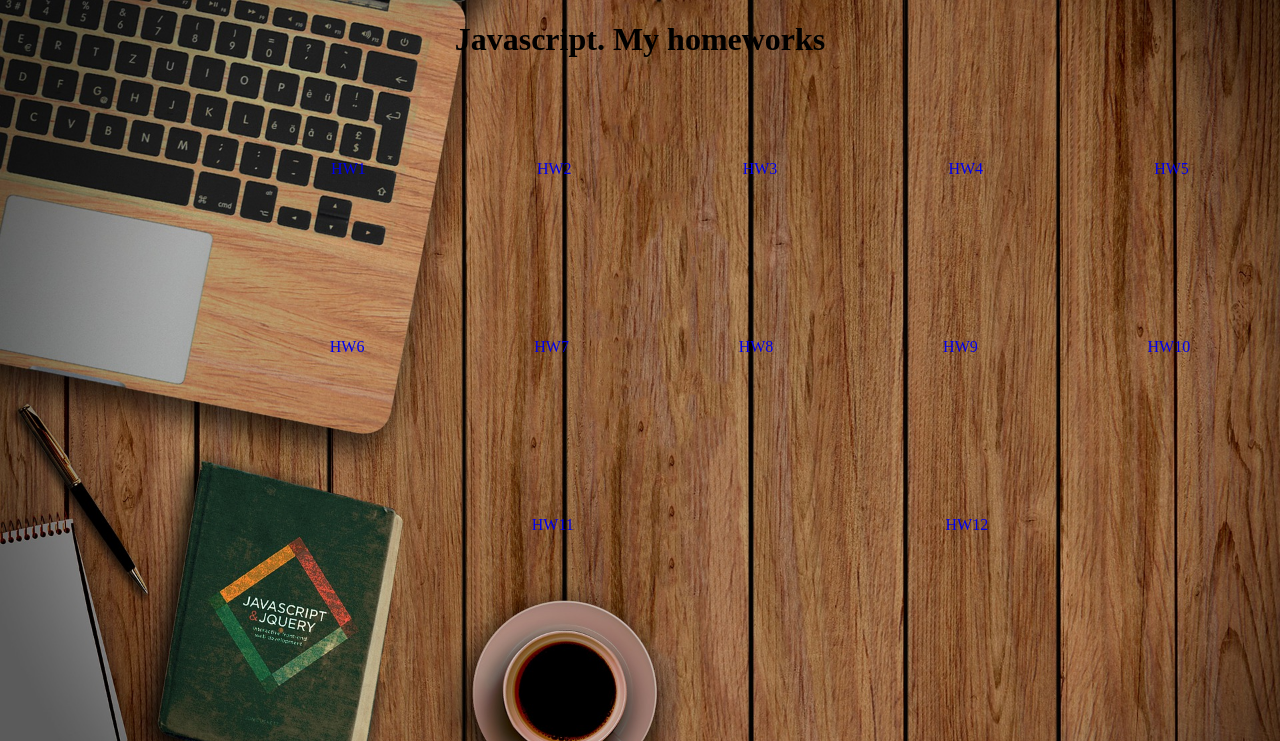
Repository: mariiastetsko/cursor-js-hw
Page: index.html
The author's editor kept a copy of each file at every save. The page is drawn from the files as they stood at one save, then again after a run of saves.
The browser window is 1280 px wide. The pictures show the whole page.

Above is the page before, as saved 2020-07-22 20:02:49.

### index.html
<!DOCTYPE html>
<html lang="en">
  <head>
    <meta charset="UTF-8" />
    <meta name="viewport" content="width=device-width, initial-scale=1.0" />
    <title>Cursor.JS.Homeworks</title>
    <link rel="stylesheet" href="./style.css" />
  </head>
  <body>
    <div class="homeworks">
    <h1>Javascript. My homeworks</h1>
    <ul class="list">
      <li>
        <a href="./HW1/index.html">HW1</a>
      </li>
      <li><a href="./HW2/index.html">HW2 </a></li>
      <li><a href="./HW3/index.html">HW3</a></li>
      <li><a href="./HW4/index.html">HW4</a></li>
      <li><a href="./HW5/index.html">HW5</a></li>
      <li><a href="./HW6/index.html">HW6</a></li>
      <li><a href="./HW7/index.html">HW7</a></li>
      <li><a href="./HW8/index.html">HW8</a></li>
      <li><a href="./HW9/index.html">HW9</a></li>
      <li><a href="./HW10/index.html">HW10</a></li>
      <li><a href="./HW11/index.html">HW11</a></li>
      <li><a href="./HW12/index.html">HW12</a></li>
    </ul>
  </div>
  </body>
</html>

### style.css
* {
    box-sizing: border-box;
}

body {
    margin: 0 auto;
    padding: 0;
    min-width: 900px;
    min-height: 100vh;
    background-image: url('./background.jpg');
    background-repeat: no-repeat;
    background-size: cover;
}


/* .homeworks {
    background-image: url('./background.jpg');
    background-repeat: no-repeat;
    background-size: cover;
} */

ul {
    list-style: none;
}

.list {
    display: flex;
    justify-content: space-evenly;
    flex-wrap: wrap;
    margin-left: 200px;
}

li, a {
    text-decoration: none;
    padding: 30px 10px;
    margin: 50px 30px;
}

h1 {
    text-align: center;
}

After the next 2 saves:
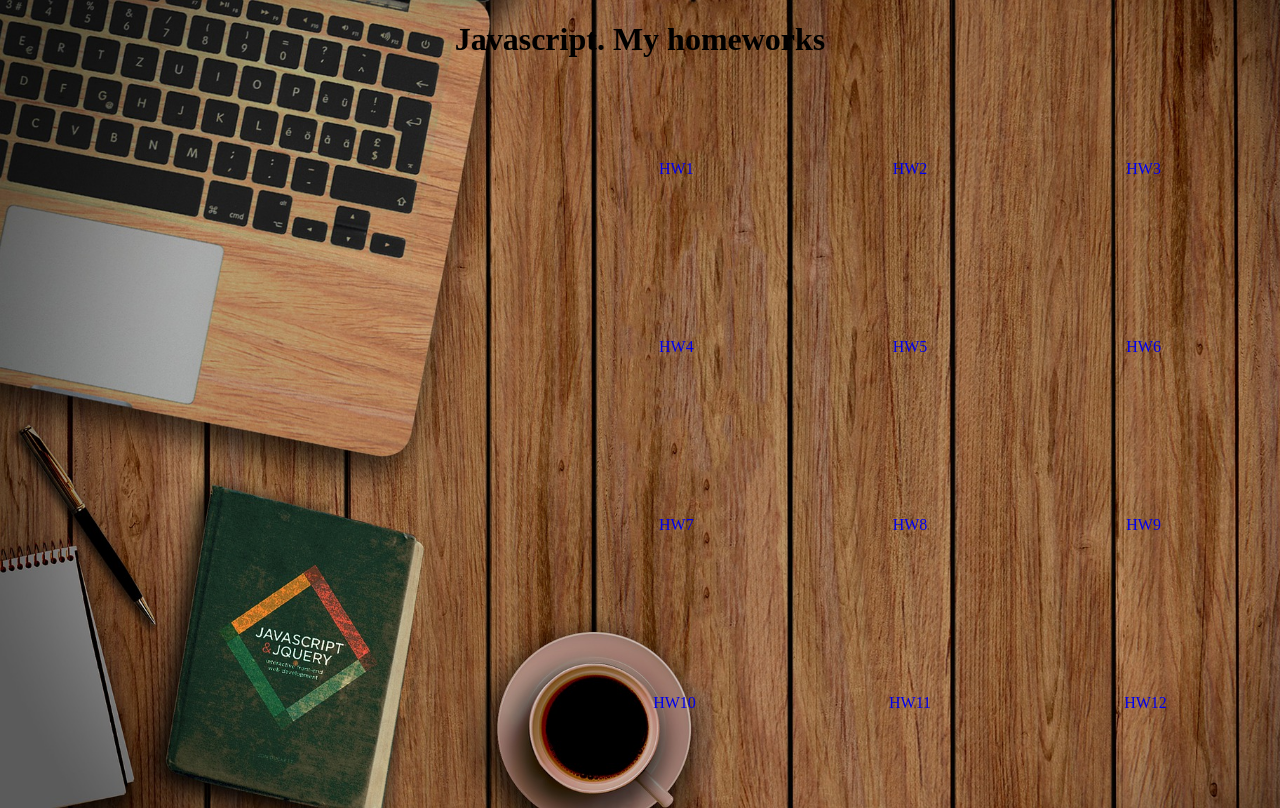
The 2 saves are shown as one change because they came seconds apart.
The last was saved 14 s later.
--- a/style.css
+++ b/style.css
@@ -27,7 +27,7 @@ ul {
     display: flex;
     justify-content: space-evenly;
     flex-wrap: wrap;
-    margin-left: 200px;
+    margin-left: 500px;
 }
 
 li, a {
